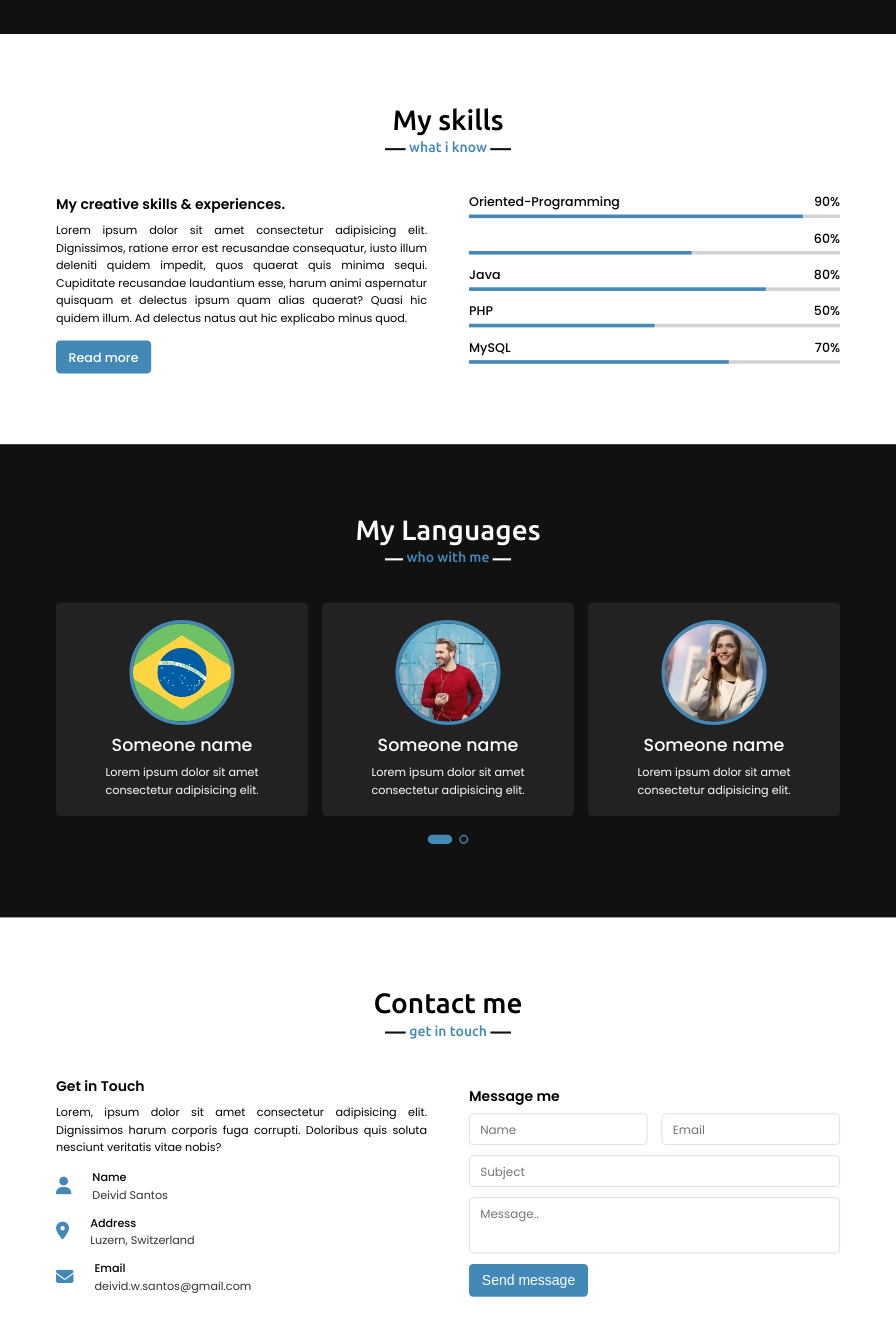
Repository: deividwsantoss/portfolio
Page: index.html
The author's editor kept a copy of each file at every save. The page is drawn from the files as they stood at one save, then again after the next save.
The browser window is 1280 px wide. The pictures show the part of the page from y = 2051 to 3971 px (the page is 4073 px tall), at 70% of full size.
Some web libraries are served in a nearby version.

Above is the page before, as saved 2021-03-02 09:05:22.

After the next save:
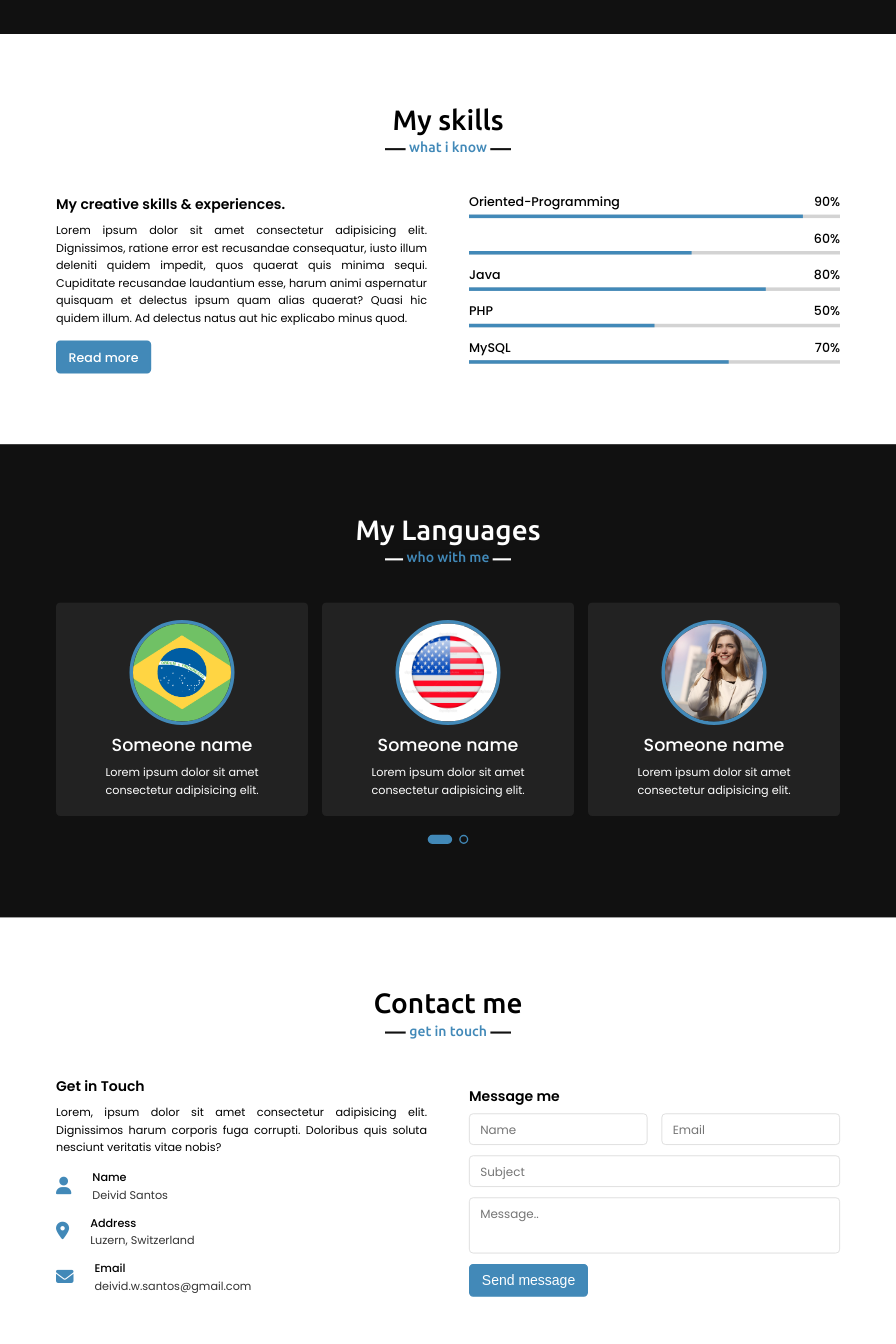
Saved 41 s later.
--- a/index.html
+++ b/index.html
@@ -152,7 +152,7 @@
             </div>
             <div class="card">
                 <div class="box">
-                    <img src="images/profile-2.jpeg" alt="">
+                    <img src="images/usa.jpg" alt="">
                     <div class="text">Someone name</div>
                     <p>Lorem ipsum dolor sit amet consectetur adipisicing elit.</p>
                 </div>
